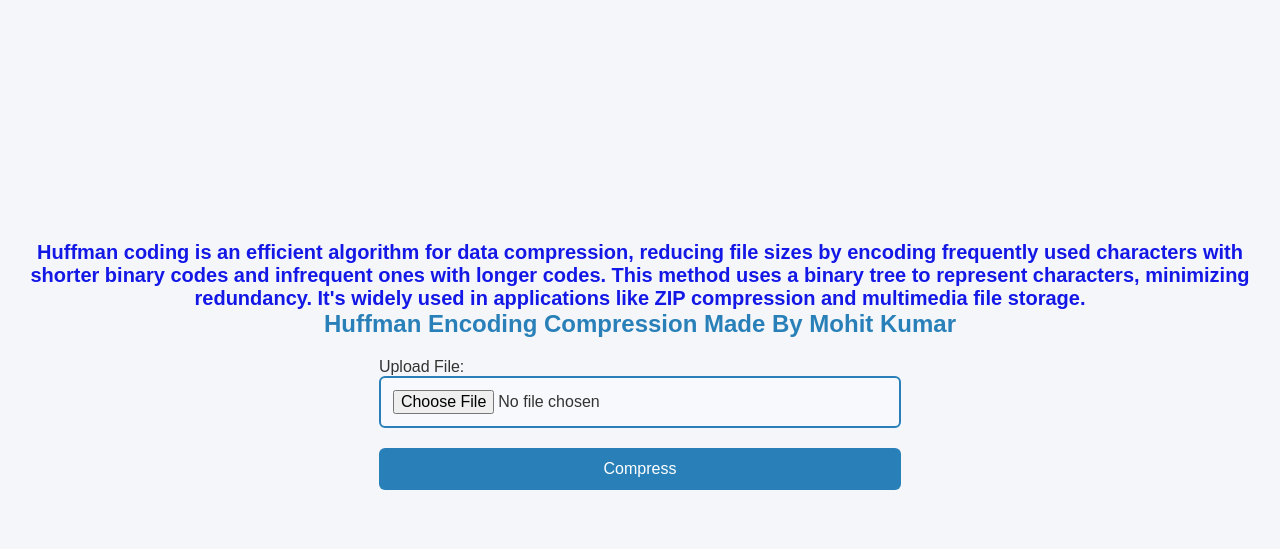
Repository: Mohitkumar1322/huffmane_coding
Page: http://localhost/
The author's editor kept a copy of each file at every save. The page is drawn from the files as they stood at one save, then again after the next save.
The browser window is 1280 px wide. The pictures show the whole page.
The page is served by the project's application, run on Flask 3 (main.py). Other server files are loaded and not shown.

Above is the page before, as saved 2024-11-07 19:28:35.

### templates/index.html
<!DOCTYPE html>
<html lang="en">
<head>
    <meta charset="UTF-8">
    <meta name="viewport" content="width=device-width, initial-scale=1.0">
    <link rel="stylesheet" href="{{ url_for('static', filename='styles.css') }}">
    <title>Huffman Encoding</title>
</head>
<body>
    <h2>Huffman coding is an efficient algorithm for data compression, reducing file sizes by encoding frequently used
         characters with shorter binary codes and infrequent ones with longer codes. This method uses a binary tree to represent
         characters, minimizing redundancy. It's widely used in applications like ZIP compression and multimedia file storage.</h2>
    <h1>Huffman Encoding Compression Made By Mohit Kumar</h1>
    <form action="/compress" method="POST" enctype="multipart/form-data">
        <label for="file">Upload File:</label>
        <input type="file" name="file" required>
        <button type="submit">Compress</button>
    </form>
</body>
</html>

### main.py
from flask import Flask, render_template, request, send_from_directory

from huffman import HuffmanCode  # Your existing HuffmanCode class

app = Flask(__name__)

@app.route('/')
def home():
    return render_template('index.html')  # Render the home page

@app.route('/compress', methods=['POST'])
def compress_file():
    if request.method == 'POST':
        file = request.files['file']
        if file:
            path = 'uploaded_file.txt'  #  is helps to save the file at location
            file.save(path)

            # here we call the huffman coding class from huffman.py
            huffman = HuffmanCode(path)
            output_file = huffman.compression()  # Process the file and return the compressed file path

            return f'File compressed successfully. Download it <a href="/download/{output_file}">here</a>'

@app.route('/download/<filename>')
def download_file(filename):
    return send_from_directory(directory='.', path=filename)

if __name__ == '__main__':
    app.run(debug=True)

### static/styles.css
/* Basic Reset */
* {
    margin: 0;
    padding: 0;
    box-sizing: border-box;
}

body {
    font-family: 'Arial', sans-serif;
    background-color: #f4f6f9;
    color: #333;
    display: flex;
    justify-content: center;
    align-items: center;
    height: 100vh;
    flex-direction: column;
}

/* Container for the content */
.container {
    background-color: #ffffff;
    box-shadow: 0 4px 8px rgba(0, 0, 0, 0.1);
    border-radius: 8px;
    padding: 30px;
    width: 350px;
    text-align: center;
}

/* Heading Style */
h1 {
    font-size: 24px;
    color: #2980B9;
    margin-bottom: 20px;
    font-weight: bold;
}
h2 {
    font-size: 20px;
    color: #1418e6;
    margin-top: 10px;
    font-weight: bold;
    text-align: center;
}

/* Input Fields Style */
input[type="file"] {
    width: 100%;
    padding: 12px;
    border: 2px solid #2980B9;
    border-radius: 6px;
    background-color: #f7f9fc;
    font-size: 16px;
    margin-bottom: 20px;
}

/* Submit Button */
button {
    width: 100%;
    padding: 12px;
    border: none;
    background-color: #2980B9;
    color: white;
    font-size: 16px;
    cursor: pointer;
    border-radius: 6px;
    transition: background-color 0.3s ease;
}

button:hover {
    background-color: #1f6f9f;
}

/* Link Style */
a {
    display: inline-block;
    margin-top: 20px;
    color: #2980B9;
    text-decoration: none;
    font-weight: bold;
}

a:hover {
    text-decoration: underline;
}

/* Alert/Message for status */
.message {
    margin-top: 20px;
    padding: 10px;
    background-color: #f9f9f9;
    color: #2c3e50;
    border: 1px solid #bdc3c7;
    border-radius: 6px;
    font-size: 14px;
}

.message.success {
    background-color: #d4edda;
    color: #155724;
    border-color: #c3e6cb;
}

.message.error {
    background-color: #f8d7da;
    color: #721c24;
    border-color: #f5c6cb;
}

After the next save:
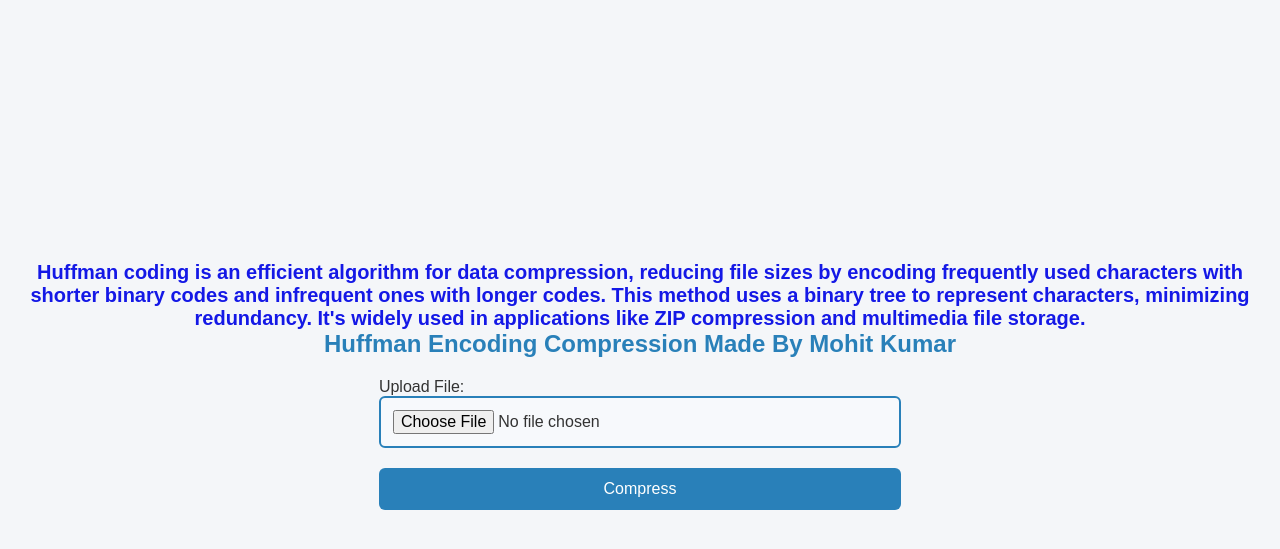
Saved 51 s later.
--- a/static/styles.css
+++ b/static/styles.css
@@ -36,7 +36,7 @@ h1 {
 h2 {
     font-size: 20px;
     color: #1418e6;
-    margin-top: 10px;
+    margin-top: 50px;
     font-weight: bold;
     text-align: center;
 }
